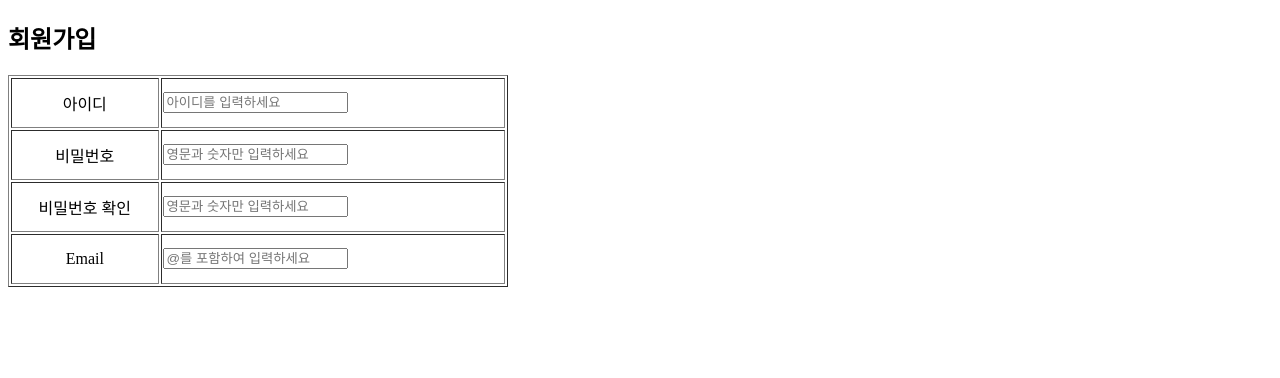
Repository: junirang330/Jsp2026
Page: http://localhost/chapter01/Request/Requestjoin.jsp
An editor plug-in stored every save of this project. The page is shown before and after the next save, followed by the edit.
The browser window is 1280 px wide. The pictures show the whole page.
The page is served by Tomcat 9.

Above is the page before, as saved 2026-10-19 06:36:40.

After the next save:
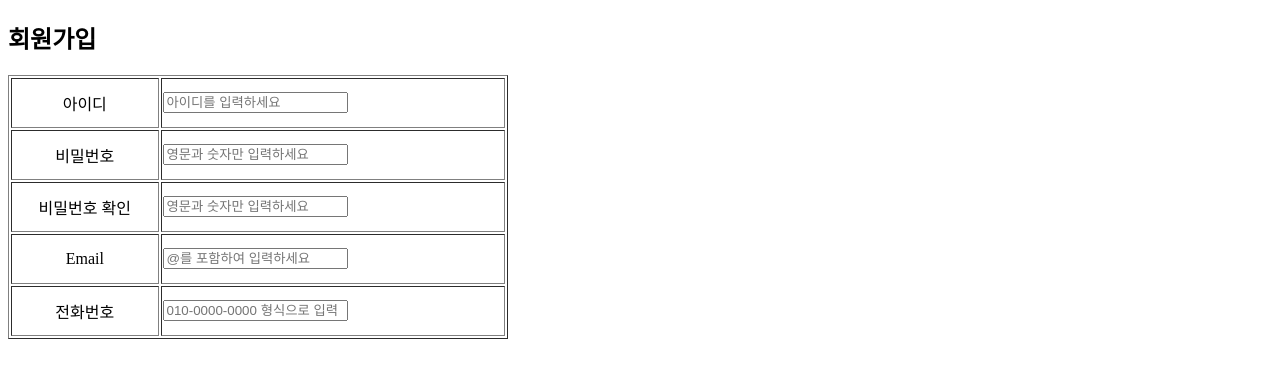
Saved 45 s later.
--- a/chapter01/src/main/webapp/Request/Requestjoin.jsp
+++ b/chapter01/src/main/webapp/Request/Requestjoin.jsp
@@ -36,6 +36,12 @@
 						<input type = "email" name = "email" placeholder = "@를 포함하여 입력하세요"/>
 					</td>
 				</tr>
+				<tr height = "50">
+					<td align = "center" width = "150">전화번호</td>
+					<td width = "350">
+						<input type = "tel" name = "tel" placeholder = "010-0000-0000 형식으로 입력"/>
+					</td>
+				</tr>
 			</table>
 		</form>
 	</div>
